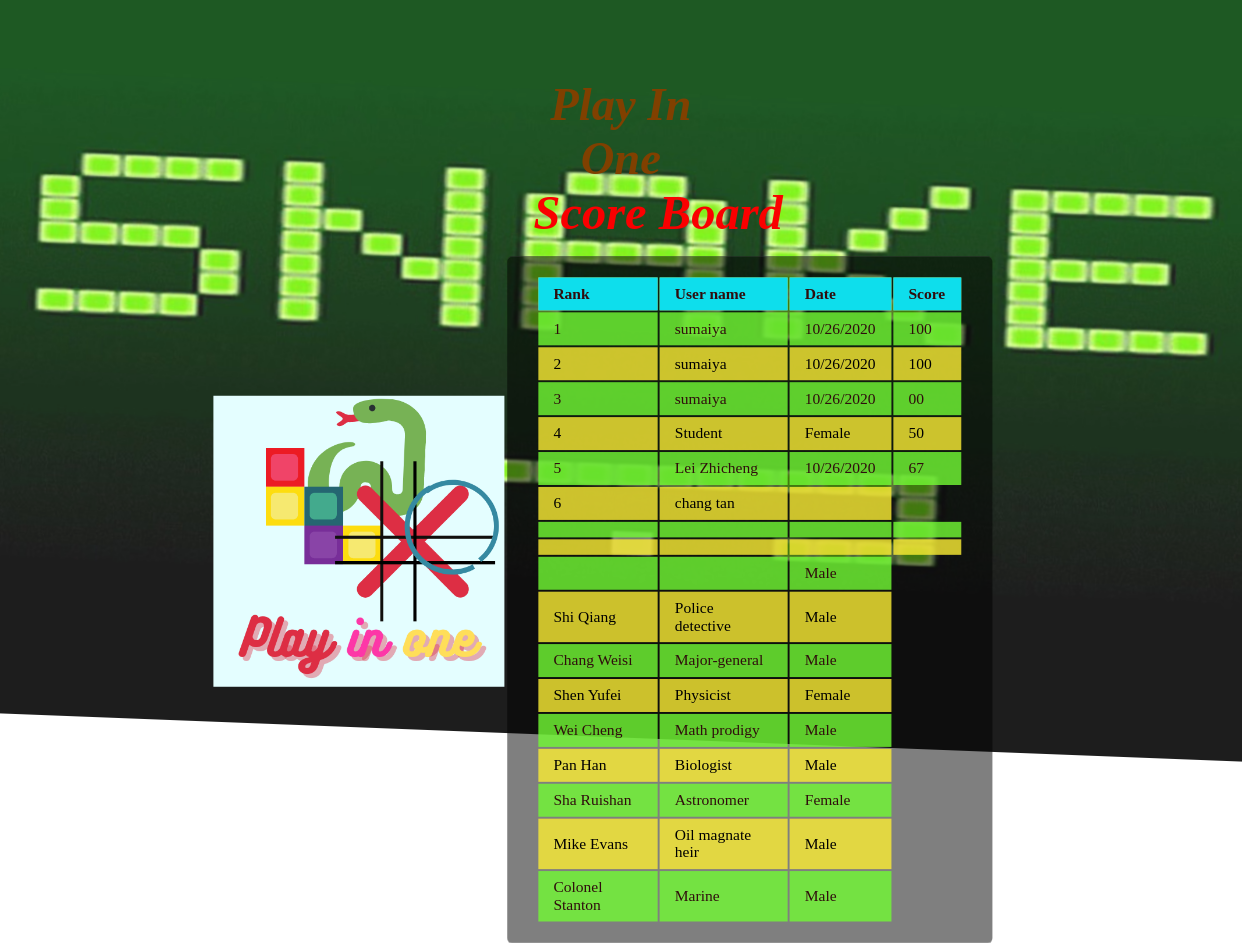
Repository: Syeda-Somiya-Tasnim/Game-Develepment-Project
Page: hs-snake.html
These files come from the project's save history. The page is drawn as it stood at one moment and after a run of saves; the edit follows.
The browser window is 1280 px wide. The pictures show the whole page, at 97% of full size.

Above is the page before, as saved 2020-10-26 13:07:25.

After the next 4 saves:
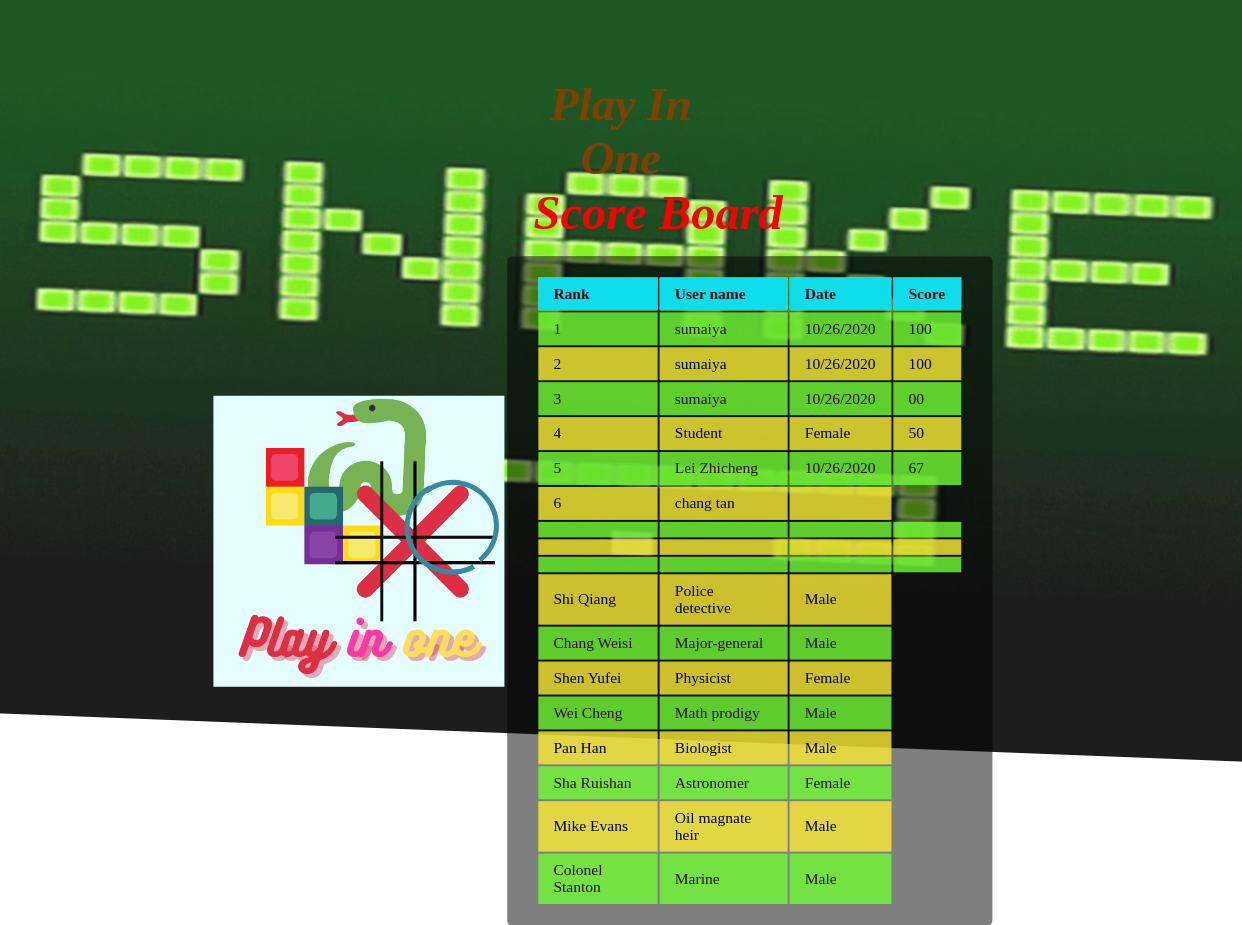
The 4 saves are shown as one change because they came seconds apart.
The last was saved 13 s later.
--- a/hs-snake.html
+++ b/hs-snake.html
@@ -93,7 +93,8 @@
         <tr>
           <td></td>
           <td></td>
-          <td>Male</td>
+          <td></td>
+          <td></td>
         </tr>
         <tr>
           <td>Shi Qiang</td>
